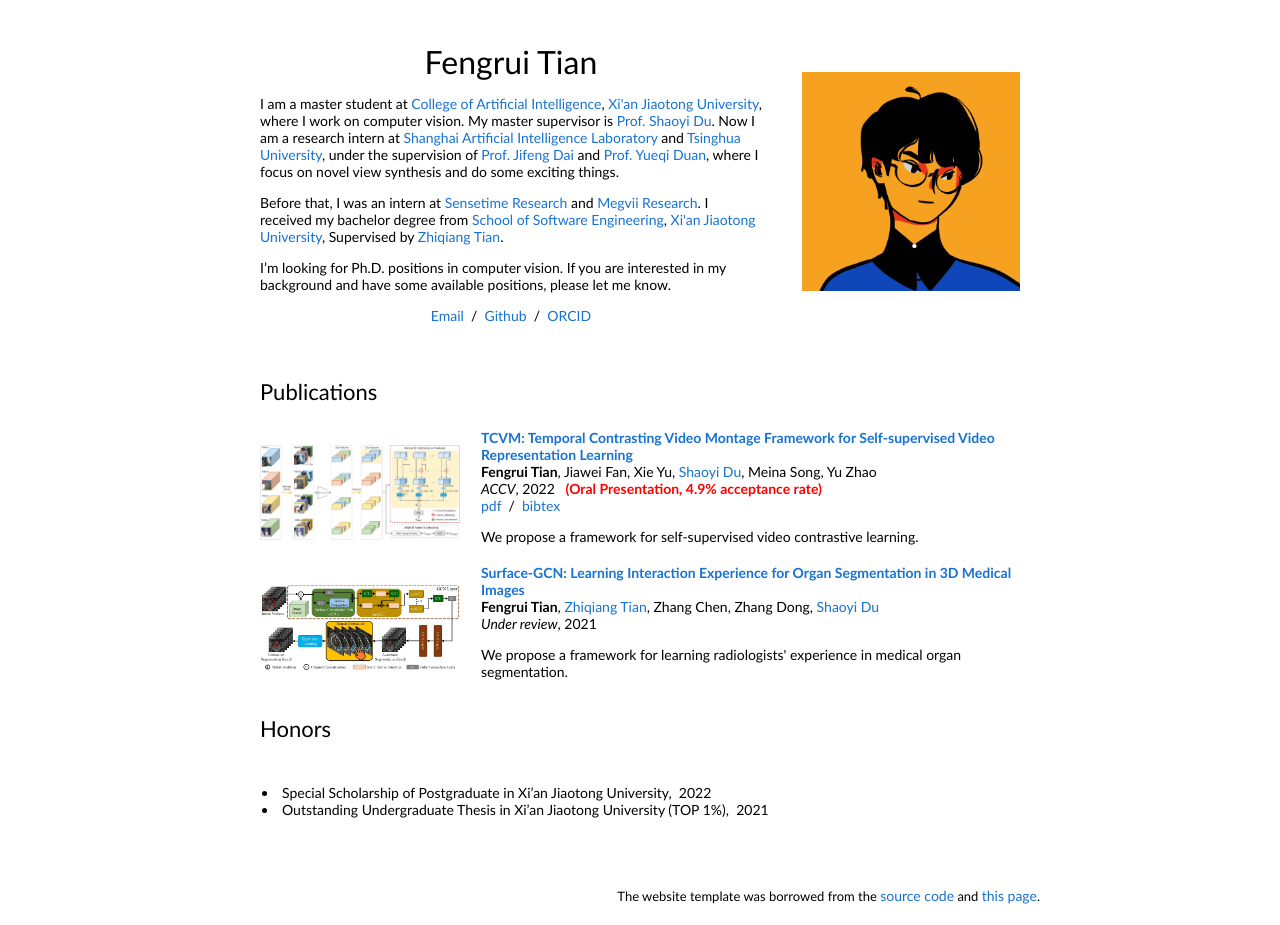
Repository: tianfr/tianfr.github.io
Page: index.html
These files come from the project's save history. The page is drawn as it stood at one moment and after the next save; the edit follows.
The browser window is 1280 px wide. The pictures show the whole page.

Above is the page before, as saved 2022-11-20 16:14:08.

### index.html
<!DOCTYPE HTML>
<html lang="en"><head><meta http-equiv="Content-Type" content="text/html; charset=UTF-8">

  <title>Fengrui Tian </title>

  <meta name="author" content="Fengrui Tian">
  <meta name="viewport" content="width=device-width, initial-scale=1">

  <link rel="stylesheet" type="text/css" href="stylesheet.css">
	<link rel="icon" href="data:[embedded picture, 141 characters]">
</head>

<body>
  <table style="width:100%;max-width:800px;border:0px;border-spacing:0px;border-collapse:separate;margin-right:auto;margin-left:auto;"><tbody>
    <tr style="padding:0px">
      <td style="padding:0px">
        <table style="width:100%;border:0px;border-spacing:0px;border-collapse:separate;margin-right:auto;margin-left:auto;"><tbody>
          <tr style="padding:0px">
            <td style="padding:2.5%;width:63%;vertical-align:middle">
              <p style="text-align:center">
                <name>
                  Fengrui Tian
                  <!-- <font face="KaiTi" size="6">田丰瑞</font> -->
                </name>
              </p>
              <p>I am a master student at <a href="http://iair.xjtu.edu.cn/">College of Artificial Intelligence</a>, <a href="http://www.xjtu.edu.cn/">Xi'an Jiaotong University</a>, where I work on computer vision. My master supervisor is <a href="https://gr.xjtu.edu.cn/en/web/dushaoyi/home">Prof. Shaoyi Du</a>. Now I am a research intern at <a href="https://www.shlab.org.cn/">Shanghai Artificial Intelligence Laboratory</a> and <a href="https://www.tsinghua.edu.cn/">Tsinghua University</a>, under the supervision of <a href="https://jifengdai.org/">Prof. Jifeng Dai</a> and  <a href="https://duanyueqi.github.io/">Prof. Yueqi Duan</a>, where I focus on novel view synthesis and do some exciting things.
              </p>
              <p> Before that, I was an intern at <a href="https://www.sensetime.com/">Sensetime Research</a> and
                <a href="https://www.megvii.com/">Megvii Research</a>. I received my bachelor degree from  <a href="https://blog.google/products/google-ar-vr/introducing-next-generation-jump/">School of Software Engineering</a>, <a href="http://www.xjtu.edu.cn/">Xi'an Jiaotong University</a>, Supervised by <a href="https://gr.xjtu.edu.cn/en/web/zhiqiangtian/home">Zhiqiang Tian</a>.
              </p>
              <p>  I’m looking for Ph.D. positions in computer vision. If you are interested in my background and have some available positions, please let me know.
              </p>
              <p style="text-align:center">
                <a href="mailto:tianfr@stu.xjtu.edu.cn">Email</a> &nbsp/&nbsp
                <!-- <a href="data/JonBarron-CV.pdf">CV</a> &nbsp/&nbsp -->
                <!-- <a href="data/JonBarron-bio.txt">Bio</a> &nbsp/&nbsp -->
                <!-- <a href="https://scholar.google.com/citations?hl=en&user=jktWnL8AAAAJ">Google Scholar</a> &nbsp/&nbsp -->
                <!-- <a href="https://twitter.com/jon_barron">Twitter</a> &nbsp/&nbsp -->
                <a href="https://github.com/tianfr/">Github</a> &nbsp/&nbsp
                <a href="https://orcid.org/0000-0002-9577-5276">ORCID</a>
              </p>
            </td>
            <td style="padding:2.5%;width:30%;max-width:40%">
              <a href="images/Fengrui_Tian_avatar.jpg"><img style="width:100%;max-width:100%" alt="profile photo" src="images/Fengrui_Tian_avatar.jpg" class="hoverZoomLink"></a>
            </td>
          </tr>
        <!-- </tbody></table>
        <table style="width:100%;border:0px;border-spacing:0px;border-collapse:separate;margin-right:auto;margin-left:auto;"><tbody>
            <tr>
            <td style="padding:20px;width:100%;vertical-align:middle">
              <heading>Research</heading>
              <p>
                I'm interested in computer vision, machine learning, optimization, and image processing. Much of my research is about inferring the physical world (shape, motion, color, light, etc) from images. Representative papers are <span class="highlight">highlighted</span>.
              </p>
            </td>
          </tr>
        </tbody></table> -->
        <table width="100%" align="center" border="0" cellspacing="0" cellpadding="20"><tbody>
          <tr>
            <td>
              <heading>Publications</heading>
            </td>
          </tr>
        </tbody></table>
        <table style="width:100%;border:0px;border-spacing:0px;border-collapse:separate;margin-right:auto;margin-left:auto;"><tbody>

          <tr onmouseout="dreamfusion_stop()" onmouseover="dreamfusion_start()">
            <td style="padding:20px;width:25%;vertical-align:middle">
              <img src="images/tcvm_overview.jpg" alt="prl" width="200" height="95">
            </td>
            <!-- <td style="padding:20px;width:25%;vertical-align:middle">
              <div class="one">
                <div class="two" id='dreamfusion_image'><video  width=100% height=100% muted autoplay loop>
                <source src="images/dreamfusion.mp4" type="video/mp4">
                Your browser does not support the video tag.
                </video></div>
                <img src='images/tcvm_overview.jpg' width="160">
              </div>
              <script type="text/javascript">
                function dreamfusion_start() {
                  document.getElementById('dreamfusion_image').style.opacity = "1";
                }

                function dreamfusion_stop() {
                  document.getElementById('dreamfusion_image').style.opacity = "0";
                }
                dreamfusion_stop()
              </script>
            </td> -->
            <!-- <td style="padding:20px;width:75%;vertical-align:middle"> -->
            <td width="75%" valign="middle">
              <a href="paper/22accv_tcvm.pdf">
                <papertitle>TCVM: Temporal Contrasting Video Montage Framework for Self-supervised Video Representation Learning</papertitle>
              </a>
              <br>
              <strong>Fengrui Tian</strong>,
              Jiawei Fan,
              Xie Yu,
              <a href="https://gr.xjtu.edu.cn/en/web/dushaoyi/home">Shaoyi Du</a>,
              Meina Song,
              Yu Zhao
              <br>
              <em>ACCV</em>, 2022 &nbsp <font color="red"><strong>(Oral Presentation, 4.9% acceptance rate)</strong></font>
              <br>
              <a href="paper/22accv_tcvm.pdf">pdf</a>  &nbsp/&nbsp
              <a href="data/accv22TCVM.bib">bibtex</a>
              <p></p>
              <p>
              We propose a framework for self-supervised video contrastive learning.
              </p>
            </td>
          </tr>


          <tr>
            <td style="padding:20px;width:25%;vertical-align:middle">
              <img src="images/surfacegcn.jpg" alt="prl" width="200" height="85">
            </td>
            <td width="75%" valign="middle">
              <a href="">
                <papertitle>Surface-GCN: Learning Interaction Experience for Organ Segmentation in 3D Medical Images</papertitle>
              </a>
              <br>
              <strong>Fengrui Tian</strong>,
              <a href="https://gr.xjtu.edu.cn/en/web/zhiqiangtian/home">Zhiqiang Tian</a>,
              Zhang Chen,
              Zhang Dong,
              <a href="https://gr.xjtu.edu.cn/en/web/dushaoyi/home">Shaoyi Du</a>
              <br>
              <em>Under review</em>, 2021
              <br>
              <!-- <a href="data/BarronPRL2009.bib">bibtex</a> -->
              <p>We propose a framework for learning radiologists' experience in medical organ segmentation.</p>
            </td>
          </tr>

        </tbody></table>


        <table width="100%" align="center" border="0" cellspacing="0" cellpadding="20"><tbody>
          <tr>
            <td>
              <heading>Honors</heading>
            </td>
          </tr>
        </tbody></table>
        <table width="100%" align="center" border="0" cellpadding="20"><tbody>
          <tr>
            <td style="padding:20px;width:100%;vertical-align:middle">
              <li>Special Scholarship of Postgraduate in Xi’an Jiaotong University,&nbsp; 2022 </li>
              <li>Outstanding Undergraduate Thesis in Xi’an Jiaotong University (TOP 1%),&nbsp; 2021 </li> <br>
          </td>

          </tr>


        </tbody></table>
        <table style="width:100%;border:0px;border-spacing:0px;border-collapse:separate;margin-right:auto;margin-left:auto;"><tbody>
          <tr>
            <td style="padding:0px">
              <br>
              <p style="text-align:right;font-size:small;">
                The website template was borrowed from the <a href="https://github.com/jonbarron/website">source code</a> and <a href="https://jonbarron.info/"> this page</a>.
              </p>
            </td>
          </tr>
        </tbody></table>
      </td>
    </tr>
  </table>
</body>

</html>

### stylesheet.css
/* latin-ext */
@font-face {
  font-family: 'Lato';
  font-style: italic;
  font-weight: 400;
  src: local('Lato Italic'), local('Lato-Italic'), url(https://fonts.gstatic.com/s/lato/v15/S6u8w4BMUTPHjxsAUi-qNiXg7eU0.woff2) format('woff2');
  unicode-range: U+0100-024F, U+0259, U+1E00-1EFF, U+2020, U+20A0-20AB, U+20AD-20CF, U+2113, U+2C60-2C7F, U+A720-A7FF;
}
/* latin */
@font-face {
  font-family: 'Lato';
  font-style: italic;
  font-weight: 400;
  src: local('Lato Italic'), local('Lato-Italic'), url(https://fonts.gstatic.com/s/lato/v15/S6u8w4BMUTPHjxsAXC-qNiXg7Q.woff2) format('woff2');
  unicode-range: U+0000-00FF, U+0131, U+0152-0153, U+02BB-02BC, U+02C6, U+02DA, U+02DC, U+2000-206F, U+2074, U+20AC, U+2122, U+2191, U+2193, U+2212, U+2215, U+FEFF, U+FFFD;
}
/* latin-ext */
@font-face {
  font-family: 'Lato';
  font-style: italic;
  font-weight: 700;
  src: local('Lato Bold Italic'), local('Lato-BoldItalic'), url(https://fonts.gstatic.com/s/lato/v15/S6u_w4BMUTPHjxsI5wq_FQftx9897sxZ.woff2) format('woff2');
  unicode-range: U+0100-024F, U+0259, U+1E00-1EFF, U+2020, U+20A0-20AB, U+20AD-20CF, U+2113, U+2C60-2C7F, U+A720-A7FF;
}
/* latin */
@font-face {
  font-family: 'Lato';
  font-style: italic;
  font-weight: 700;
  src: local('Lato Bold Italic'), local('Lato-BoldItalic'), url(https://fonts.gstatic.com/s/lato/v15/S6u_w4BMUTPHjxsI5wq_Gwftx9897g.woff2) format('woff2');
  unicode-range: U+0000-00FF, U+0131, U+0152-0153, U+02BB-02BC, U+02C6, U+02DA, U+02DC, U+2000-206F, U+2074, U+20AC, U+2122, U+2191, U+2193, U+2212, U+2215, U+FEFF, U+FFFD;
}
/* latin-ext */
@font-face {
  font-family: 'Lato';
  font-style: normal;
  font-weight: 400;
  src: local('Lato Regular'), local('Lato-Regular'), url(https://fonts.gstatic.com/s/lato/v15/S6uyw4BMUTPHjxAwXiWtFCfQ7A.woff2) format('woff2');
  unicode-range: U+0100-024F, U+0259, U+1E00-1EFF, U+2020, U+20A0-20AB, U+20AD-20CF, U+2113, U+2C60-2C7F, U+A720-A7FF;
}
/* latin */
@font-face {
  font-family: 'Lato';
  font-style: normal;
  font-weight: 400;
  src: local('Lato Regular'), local('Lato-Regular'), url(https://fonts.gstatic.com/s/lato/v15/S6uyw4BMUTPHjx4wXiWtFCc.woff2) format('woff2');
  unicode-range: U+0000-00FF, U+0131, U+0152-0153, U+02BB-02BC, U+02C6, U+02DA, U+02DC, U+2000-206F, U+2074, U+20AC, U+2122, U+2191, U+2193, U+2212, U+2215, U+FEFF, U+FFFD;
}
/* latin-ext */
@font-face {
  font-family: 'Lato';
  font-style: normal;
  font-weight: 700;
  src: local('Lato Bold'), local('Lato-Bold'), url(https://fonts.gstatic.com/s/lato/v15/S6u9w4BMUTPHh6UVSwaPGQ3q5d0N7w.woff2) format('woff2');
  unicode-range: U+0100-024F, U+0259, U+1E00-1EFF, U+2020, U+20A0-20AB, U+20AD-20CF, U+2113, U+2C60-2C7F, U+A720-A7FF;
}
/* latin */
@font-face {
  font-family: 'Lato';
  font-style: normal;
  font-weight: 700;
  src: local('Lato Bold'), local('Lato-Bold'), url(https://fonts.gstatic.com/s/lato/v15/S6u9w4BMUTPHh6UVSwiPGQ3q5d0.woff2) format('woff2');
  unicode-range: U+0000-00FF, U+0131, U+0152-0153, U+02BB-02BC, U+02C6, U+02DA, U+02DC, U+2000-206F, U+2074, U+20AC, U+2122, U+2191, U+2193, U+2212, U+2215, U+FEFF, U+FFFD;
}

a {
  color: #1772d0;
  text-decoration: none;
}

a:focus,
a:hover {
  color: #f09228;
  text-decoration: none;
}

body,
td,
th,
tr,
p,
a {
  font-family: 'Lato', Verdana, Helvetica, sans-serif;
  font-size: 14px
}

strong {
  font-family: 'Lato', Verdana, Helvetica, sans-serif;
  font-size: 14px;
}

heading {
  font-family: 'Lato', Verdana, Helvetica, sans-serif;
  font-size: 22px;
}

papertitle {
  font-family: 'Lato', Verdana, Helvetica, sans-serif;
  font-size: 14px;
  font-weight: 700
}

name {
  font-family: 'Lato', Verdana, Helvetica, sans-serif;
  font-size: 32px;
}

.one {
  width: 160px;
  height: 160px;
  position: relative;
}

.two {
  width: 160px;
  height: 160px;
  position: absolute;
  transition: opacity .2s ease-in-out;
  -moz-transition: opacity .2s ease-in-out;
  -webkit-transition: opacity .2s ease-in-out;
}

.fade {
  transition: opacity .2s ease-in-out;
  -moz-transition: opacity .2s ease-in-out;
  -webkit-transition: opacity .2s ease-in-out;
}

span.highlight {
  background-color: #ffffd0;
}

After the next save:
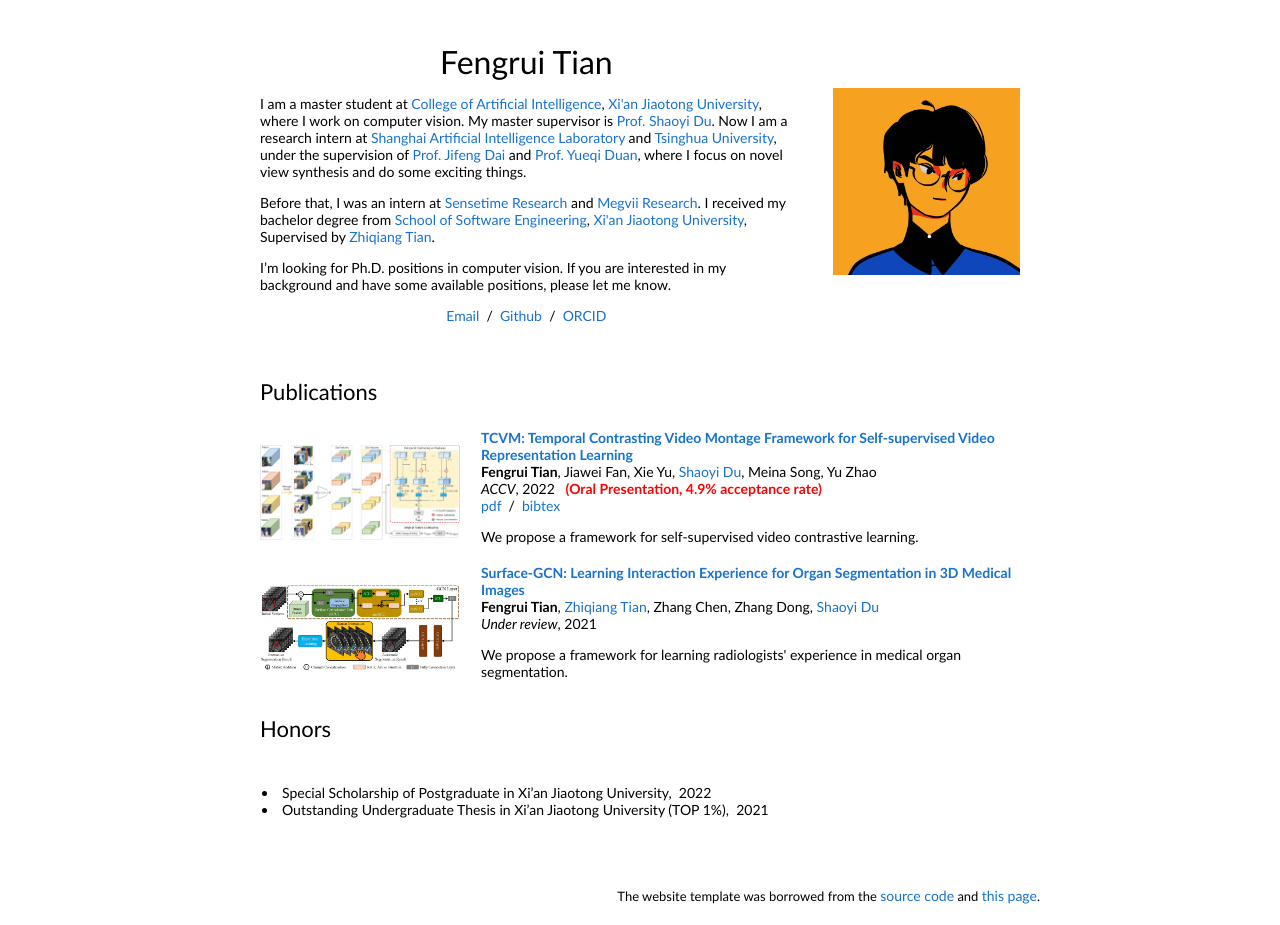
Saved 10 s later.
--- a/index.html
+++ b/index.html
@@ -40,7 +40,7 @@
                 <a href="https://orcid.org/0000-0002-9577-5276">ORCID</a>
               </p>
             </td>
-            <td style="padding:2.5%;width:30%;max-width:40%">
+            <td style="padding:2.5%;width:25%;max-width:40%">
               <a href="images/Fengrui_Tian_avatar.jpg"><img style="width:100%;max-width:100%" alt="profile photo" src="images/Fengrui_Tian_avatar.jpg" class="hoverZoomLink"></a>
             </td>
           </tr>
